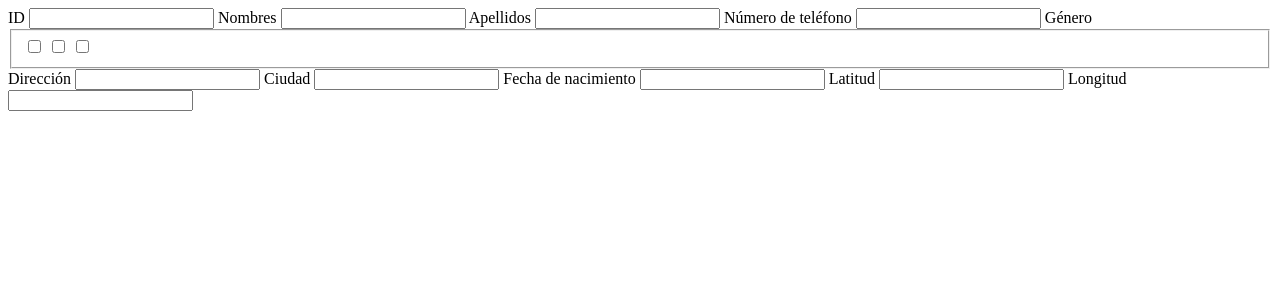
Repository: alexvl06/HospiEnCasa
Page: HospiEnCasa.App/HospiEnCasa.App.Frontend/pacientForm.html
The author's editor kept a copy of each file at every save. The page is drawn from the files as they stood at one save, then again after the next save.
The browser window is 1280 px wide. The pictures show the whole page.

Above is the page before, as saved 2022-07-05 16:37:11.

After the next save:
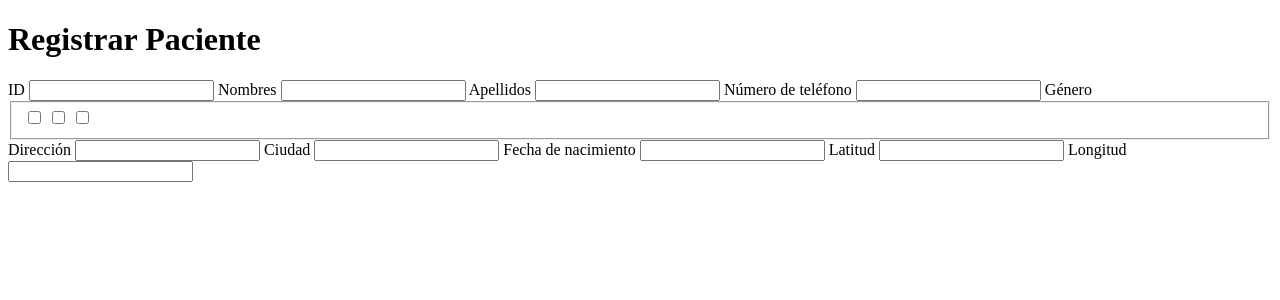
Saved 100 s later.
--- a/HospiEnCasa.App/HospiEnCasa.App.Frontend/pacientForm.html
+++ b/HospiEnCasa.App/HospiEnCasa.App.Frontend/pacientForm.html
@@ -11,56 +11,62 @@
     <title>Formulario pacientes</title>
   </head>
   <body>
-    <form action="">
-      <label for="id">
-        <span>ID</span>
-        <input type="text" name="id" id="id" required />
-      </label>
-      <label for="firstname">
-        <span>Nombres</span>
-        <input
-          type="text"
-          name="firstname"
-          id="firstname"
-          requiredphonenumber
-        />
-      </label>
-      <label for="lastname">
-        <span>Apellidos</span>
-        <input type="text" name="lastname" id="lastname" required />
-      </label>
-      <label for="phonenumber">
-        <span>Número de teléfono</span>
-        <input type="text" name="phonenumber" id="phonenumber" required />
-      </label>
-      <label for="genre">
-        <span>Género</span>
-        <fieldset>
-          <input type="checkbox" name="male" id="male" />
-          <input type="checkbox" name="female" id="female" />
-          <input type="checkbox" name="other" id="other" />
-        </fieldset>
-      </label>
-      <label for="address">
-        <span>Dirección</span>
-        <input type="text" name="address" id="address" required />
-      </label>
-      <label for="city">
-        <span>Ciudad</span>
-        <input type="text" name="city" id="city" required />
-      </label>
-      <label for="birthdate">
-        <span>Fecha de nacimiento</span>
-        <input type="text" name="birthdate" id="birthdate" required />
-      </label>
-      <label for="lat">
-        <span>Latitud</span>
-        <input type="text" name="lat" id="lat" />
-      </label>
-      <label for="long">
-        <span>Longitud</span>
-        <input type="text" name="long" id="long" />
-      </label>
-    </form>
+    <header>
+      <h1>Registrar Paciente</h1>
+    </header>
+    <main>
+      <form action="">
+        <label for="id">
+          <span>ID</span>
+          <input type="text" name="id" id="id" required />
+        </label>
+        <label for="firstname">
+          <span>Nombres</span>
+          <input
+            type="text"
+            name="firstname"
+            id="firstname"
+            requiredphonenumber
+          />
+        </label>
+        <label for="lastname">
+          <span>Apellidos</span>
+          <input type="text" name="lastname" id="lastname" required />
+        </label>
+        <label for="phonenumber">
+          <span>Número de teléfono</span>
+          <input type="text" name="phonenumber" id="phonenumber" required />
+        </label>
+        <label for="genre">
+          <span>Género</span>
+          <fieldset>
+            <input type="checkbox" name="male" id="male" />
+            <input type="checkbox" name="female" id="female" />
+            <input type="checkbox" name="other" id="other" />
+          </fieldset>
+        </label>
+        <label for="address">
+          <span>Dirección</span>
+          <input type="text" name="address" id="address" required />
+        </label>
+        <label for="city">
+          <span>Ciudad</span>
+          <input type="text" name="city" id="city" required />
+        </label>
+        <label for="birthdate">
+          <span>Fecha de nacimiento</span>
+          <input type="text" name="birthdate" id="birthdate" required />
+        </label>
+        <label for="lat">
+          <span>Latitud</span>
+          <input type="text" name="lat" id="lat" />
+        </label>
+        <label for="long">
+          <span>Longitud</span>
+          <input type="text" name="long" id="long" />
+        </label>
+      </form>
+    </main>
+
   </body>
 </html>
